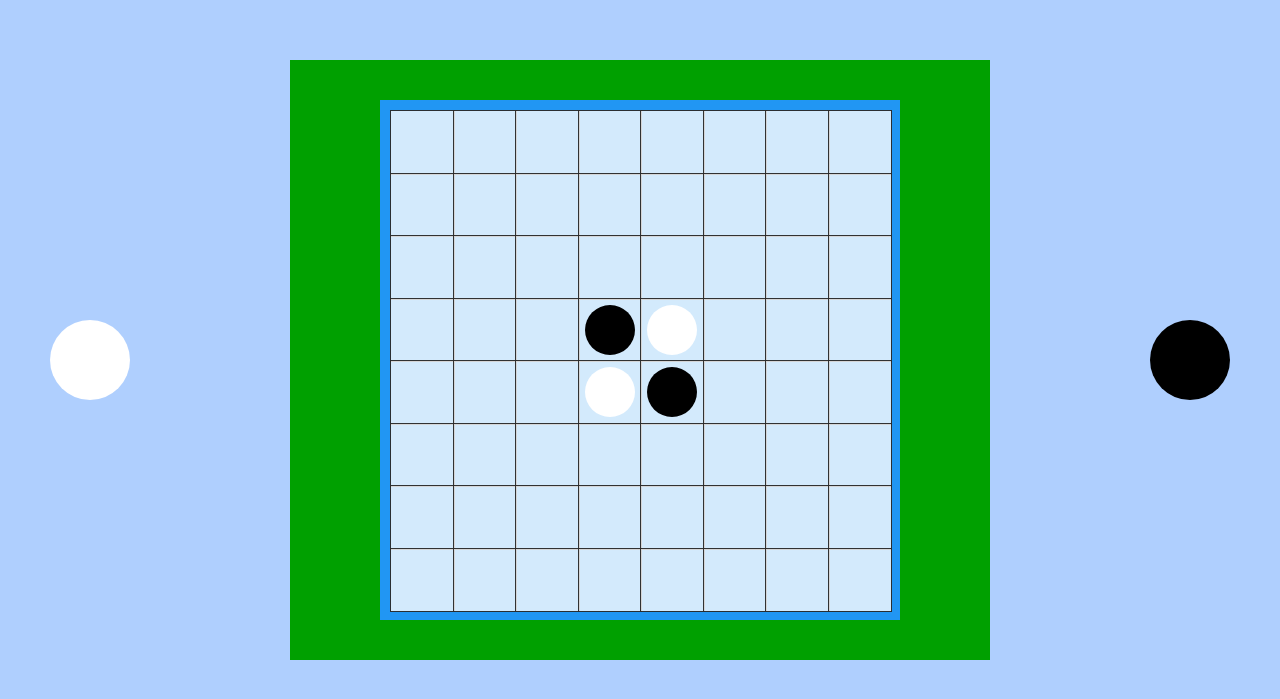
Repository: eliaoucohen72/react-reversi
Page: /
These files come from the project's save history. The page is drawn as it stood at one moment and after a run of saves; the edit follows.
The browser window is 1280 px wide. The pictures show the whole page.
The project was rebuilt for these pictures with package versions that can differ from the ones it lists, and the page was loaded fresh each time. Also part of the build but not shown: vite.config.ts.

Above is the page before, as saved 2024-09-05 16:23:42.

### src/App.tsx
import { CSSProperties, useState } from "react";
import style from "./style";

export type Player = "black" | "white";
export type Cell = Player | "empty";

// Fonction pour vérifier et retourner les pions capturés
const flipPieces = (board: Cell[], index: number, player: Player): Cell[] => {
  const directions = [-1, 1, -8, 8, -9, 9, -7, 7];
  const opponent = player === "black" ? "white" : "black";
  const newBoard: Cell[] = [...board]; // Copier le plateau

  for (const direction of directions) {
    let i = index + direction;
    const toFlip = []; // Pions à retourner

    while (i >= 0 && i < 64 && board[i] === opponent) {
      toFlip.push(i); // Ajouter les positions des pions adverses
      i += direction;
    }

    // Si on trouve un pion du joueur à la fin de la ligne d'adversaires
    if (i >= 0 && i < 64 && board[i] === player) {
      toFlip.forEach((pos) => {
        newBoard[pos] = player; // Retourner les pions
      });
    }
  }

  return newBoard;
};

// Fonction pour vérifier si un coup est valide
const isValidMove = (board: Cell[], index: number, player: Player): boolean => {
  if (board[index] !== "empty") return false; // La case doit être vide

  const directions = [-1, 1, -8, 8, -9, 9, -7, 7];
  const opponent = player === "black" ? "white" : "black";

  for (const direction of directions) {
    let i = index + direction;
    let foundOpponent = false;

    while (i >= 0 && i < 64 && board[i] === opponent) {
      i += direction;
      foundOpponent = true;
    }

    // Si un pion du joueur est trouvé après les pions adverses
    if (foundOpponent && i >= 0 && i < 64 && board[i] === player) {
      return true;
    }
  }

  return false;
};

function App() {
  const [currentPlayer, setCurrentPlayer] = useState<Player>("black");
  const [board, setBoard] = useState<Cell[]>(() => initBoard());

  // Initialiser le plateau avec les pions de départ
  function initBoard(): Cell[] {
    const initialBoard = Array(64).fill("empty");
    initialBoard[27] = "black";
    initialBoard[28] = "white";
    initialBoard[35] = "white";
    initialBoard[36] = "black";
    return initialBoard;
  }

  const handleClick = (i: number) => {
    if (isValidMove(board, i, currentPlayer)) {
      let newBoard = [...board];
      newBoard[i] = currentPlayer; // Placer le pion
      newBoard = flipPieces(newBoard, i, currentPlayer); // Retourner les pions
      setBoard(newBoard); // Mettre à jour le plateau

      // Passer au joueur suivant
      setCurrentPlayer(currentPlayer === "black" ? "white" : "black");
    } else {
      console.log("Coup invalide");
    }
  };

  return (
    <div style={style.wrapper as CSSProperties}>
      <div style={style.whitePlayer as CSSProperties} />
      <div style={style.blackPlayer as CSSProperties} />
      <div style={style.subWrapper as CSSProperties}>
        <div style={style.gridContainer}>
          {board.map((cell, i) => (
            <div style={style.item as CSSProperties} key={i}>
              <div onClick={() => handleClick(i)} style={style.coin(cell)} />
            </div>
          ))}
        </div>
      </div>
    </div>
  );
}

export default App;

### src/style.ts
import { Cell } from "./App";

const styles = {
  wrapper: {
    width: "100vw",
    height: "100vh",
    backgroundColor: "#afcffe",
    position: "relative",
  },
  whitePlayer: {
    position: "absolute",
    width: "80px",
    height: "80px",
    top: "50%",
    left: "0%",
    transform: "translate(0%, -50%)",
    backgroundColor: "#ffffff",
    borderRadius: "40px",
    marginLeft: "50px",
  },
  blackPlayer: {
    position: "absolute",
    width: "80px",
    height: "80px",
    top: "50%",
    right: "0%",
    transform: "translate(0%, -50%)",
    backgroundColor: "#000000",
    borderRadius: "40px",
    marginRight: "50px",
  },
  subWrapper: {
    position: "absolute",
    width: "700px",
    height: "600px",
    backgroundColor: "#00a000",
    top: "50%",
    left: "50%",
    transform: "translate(-50%, -50%)",
    display: "flex",
    alignItems: "center",
    justifyContent: "center",
  },
  gridContainer: {
    display: "grid",
    gridTemplateColumns: "repeat(8, 12.5%)",
    backgroundColor: "#2196f3",
    padding: "10px",
    width: "500px",
    height: "500px",
  },
  item: {
    backgroundColor: "rgba(255, 255, 255, 0.8)",
    border: "1px solid rgba(0, 0, 0, 0.8)",
    textAlign: "center",
    fontSize: "16px",
    display: "flex",
    alignItems: "center",
    justifyContent: "center",
    height: "100%",
    width: "100%",
  },
  coin: (cell: Cell) => ({
    height: "80%",
    width: "80%",
    borderRadius: "30px",
    backgroundColor:
      cell === "black"
        ? "rgba(0, 0, 0)"
        : cell === "white"
        ? "rgba(255, 255, 255)"
        : "transparent",
  }),
};

export default styles;

Loaded but not shown: index.html (common file); src/main.tsx (common file); src/index.css (common file)

After the next 7 saves:
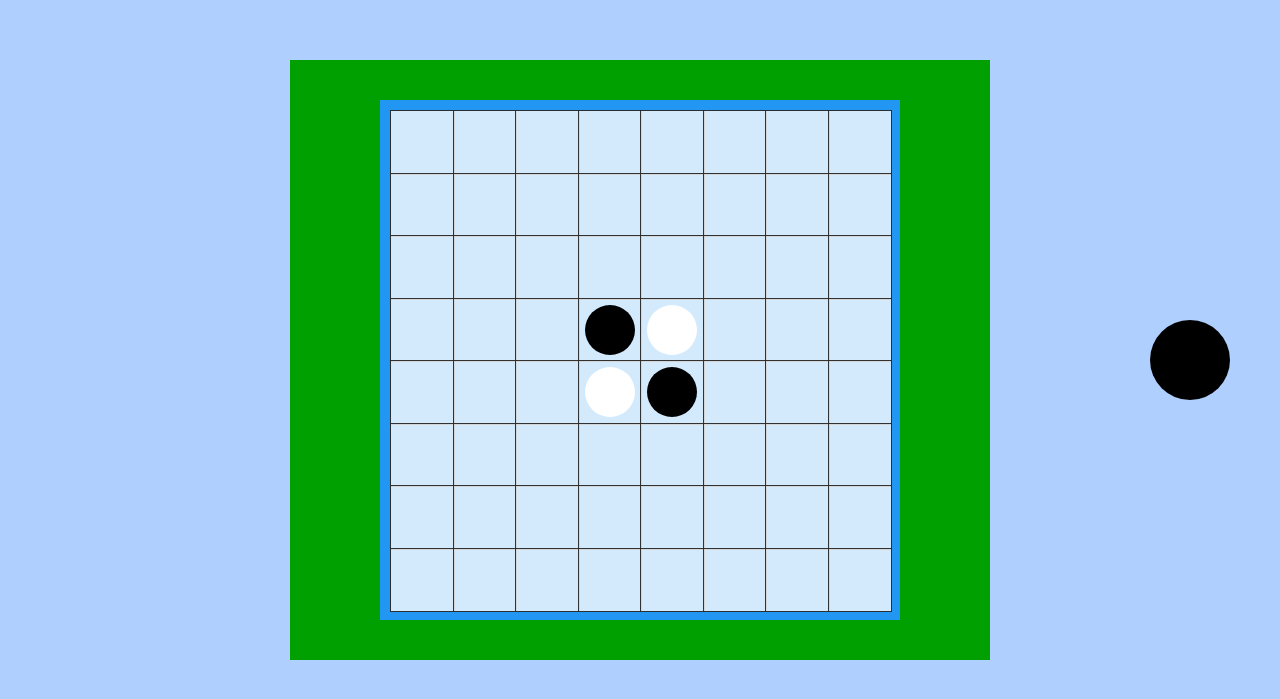
The 7 saves are shown as one change because 1 did not build or start and some came seconds apart.
The last was saved 37 s later.
--- a/src/style.ts
+++ b/src/style.ts
@@ -7,17 +7,18 @@ const styles = {
     backgroundColor: "#afcffe",
     position: "relative",
   },
-  whitePlayer: {
-    position: "absolute",
-    width: "80px",
-    height: "80px",
-    top: "50%",
-    left: "0%",
-    transform: "translate(0%, -50%)",
-    backgroundColor: "#ffffff",
-    borderRadius: "40px",
-    marginLeft: "50px",
-  },
+  player: () => ({
+      position: "absolute",
+      width: "80px",
+      height: "80px",
+      top: "50%",
+      left: "0%",
+      transform: "translate(0%, -50%)",
+      backgroundColor: "#ffffff",
+      borderRadius: "40px",
+      marginLeft: "50px",
+
+  }),
   blackPlayer: {
     position: "absolute",
     width: "80px",
